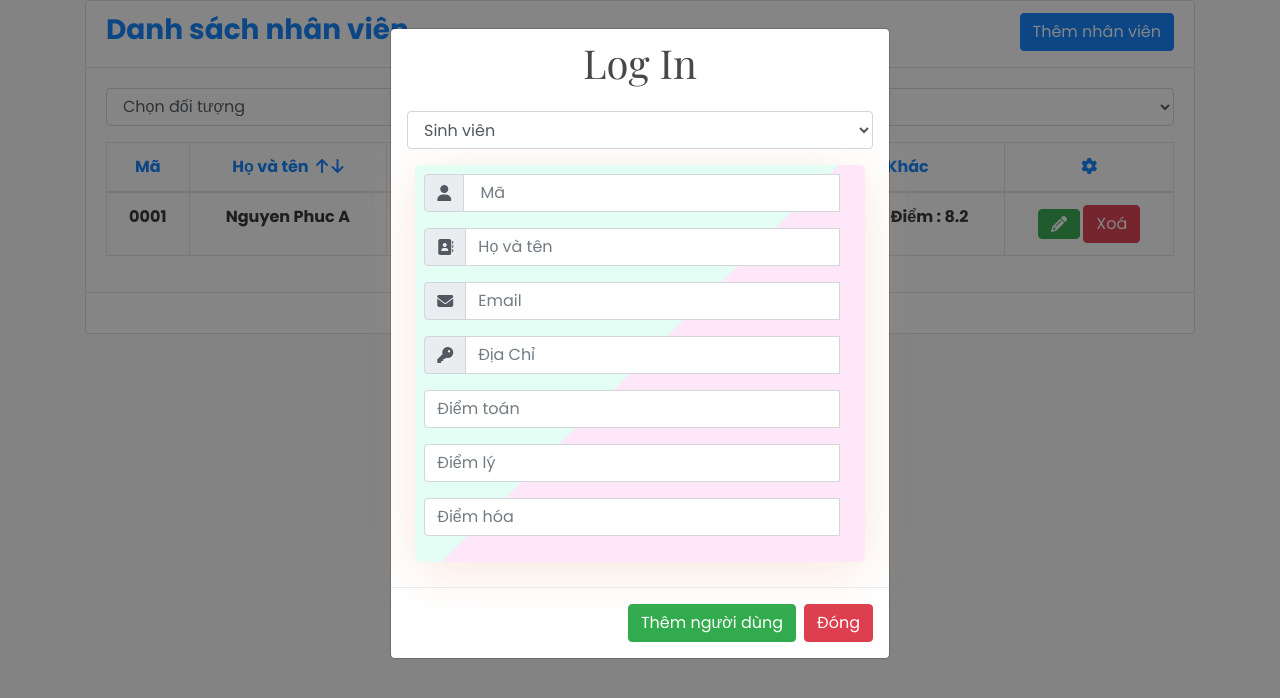
Repository: maitan0705/es6_oop
Page: index.html
These files come from the project's save history. The page is drawn as it stood at one moment and after the next save; the edit follows.
The browser window is 1280 px wide. The pictures show the whole page.
After loading, the first visible `#btnThem` was clicked once.
Some web fonts or font styles are not loaded; a fallback is used.

Above is the page before, as saved 2023-04-13 07:43:19.

### index.html
<!DOCTYPE html>
<html lang="en">

<head>
	<meta charset="UTF-8">
	<meta name="viewport" content="width=device-width, initial-scale=1.0">
	<title>Quản lý nhân viên</title>

	<!-- Font Awesome -->
	<link rel="stylesheet" href="https://cdnjs.cloudflare.com/ajax/libs/font-awesome/4.7.0/css/font-awesome.min.css">

	<!-- Bootstrap 4 -->
	<link rel="stylesheet" href="css/bootstrap.min.css">

	<!-- JQuery UI -->
	<link rel="stylesheet" href="css/jquery-ui.min.css">

	<!-- Animate -->
	<!-- font awsome -->
	<link rel="stylesheet" href="https://cdnjs.cloudflare.com/ajax/libs/font-awesome/6.4.0/css/all.min.css"
		integrity="sha512-iecdLmaskl7CVkqkXNQ/ZH/XLlvWZOJyj7Yy7tcenmpD1ypASozpmT/E0iPtmFIB46ZmdtAc9eNBvH0H/ZpiBw=="
		crossorigin="anonymous" referrerpolicy="no-referrer" />
	<!-- <link rel="stylesheet" href="css/animate.css"> -->

	<!-- My CSS -->
	<link rel="stylesheet" href="css/modal.css">

	<link rel="stylesheet" href="css/style4.css">

	<link rel="stylesheet" type="text/css" href="css/main.css">
</head>

<body>

	<div class="container">
		<div class="card text-center">
			<!-- Header -->
			<div class="card-header myCardHeader">
				<div class="row">
					<div class="col-md-6">
						<h3 class="text-left text-primary font-weight-bold">Danh sách nhân viên</h3>
					</div>
					<div class="col-md-6 text-right">
						<button type="submit" class="btn btn-primary" id="btnThem" data-toggle="modal" data-target="#myModal">Thêm
							nhân viên</button>
					</div>
				</div>
			</div>

			<!-- Body -->
			<div class="card-body">
				<div class="row mb-3">
					<div class="col">
						<div class="input-group">
							<select class="form-control" id="findUser">
								<option value="">Chọn đối tượng</option>
								<option value="student">Sinh viên</option>
								<option value="employee">Nhân viên</option>
								<option value="customer">Khách hàng</option>
							</select>
						</div>
					</div>
				</div>
				<table class="table table-bordered table-hover myTable">
					<thead class="text-primary">
						<tr>
							<th>Mã</th>
							<th class="nowrap">
								<span class="mr-1">Họ và tên</span>
								<i class="fa fa-arrow-up" id="tang"></i>
								<i class="fa fa-arrow-down" id="giam"></i>
							</th>
							<th>Email</th>
							<th>Địa Chỉ</th>
							<th>Khác</th>
							<th><em class="fa fa-cog"></em></th>
						</tr>
					</thead>
					<tbody id="tableDanhSach">

					</tbody>
				</table>
			</div>

			<!-- Footer -->
			<div class="card-footer myCardFooter">
				<nav>
					<ul class="pagination justify-content-center" id="ulPhanTrang">

					</ul>
				</nav>
			</div>
		</div>
	</div>

	</div>
	</div>


	<!-- The Modal -->
	<div class="modal fade" id="myModal">
		<div class="modal-dialog">
			<div class="modal-content">

				<header class="head-form mb-0">
					<h2 id="header-title">Log In</h2>
				</header>

				<!-- Modal Header -->
				<!-- 	<div class="modal-header">
					<h4 class="modal-title" id="modal-title">Modal Heading</h4>
					<button type="button" class="close" data-dismiss="modal">&times;</button>
				</div> -->

				<!-- Modal body -->
				<div class="modal-body">
					<div class="form-group">
						<div class="input-group">
							<select class="form-control" id="doiTuong">
								<option value="student">Sinh viên</option>
								<option value="employee">Nhân viên</option>
								<option value="customer">Khách hàng</option>
							</select>
						</div>
					</div>

					<form role="form" id="myForm">
						<div class="form-group">
							<div class="input-group">
								<div class="input-group-prepend">
									<span class="input-group-text"><i class="fa fa-user"></i></span>
								</div>
								<input type="text" id="ma" class="form-control input-sm" placeholder=" Mã">
								<span class="text-success m-auto px-2" id="error-tbMa"></span>
							</div>
							<span class="sp-thongbao" id="tbMa"></span>
						</div>

						<div class="form-group">
							<div class="input-group">
								<div class="input-group-prepend">
									<span class="input-group-text"><i class="fa fa-address-book"></i></span>
								</div>
								<input type="text" id="hoTen" class="form-control input-sm" placeholder="Họ và tên">
								<span class="text-success m-auto px-2" id="error-tbTen"></span>
							</div>
							<span class="sp-thongbao" id="tbTen"></span>
						</div>

						<div class="form-group">
							<div class="input-group ">
								<div class="input-group-prepend">
									<span class="input-group-text"><i class="fa fa-envelope"></i></span>
								</div>
								<input type="email" id="email" class="form-control input-sm" placeholder="Email">
								<span class="text-success m-auto px-2" id="error-tbEmail"></span>
							</div>
							<span class="sp-thongbao" id="tbEmail"></span>
						</div>

						<div class="form-group">
							<div class="input-group">
								<div class="input-group-prepend">
									<span class="input-group-text"><i class="fa fa-key"></i></span>
								</div>
								<input type="text" id="diaChi" class="form-control input-sm" placeholder="Địa Chỉ">
								<span class="text-success m-auto px-2" id="error-tbDiaChi"></span>
							</div>
							<span class="sp-thongbao" id="tbDiaChi"></span>
						</div>
						<div id="bodyfrom"></div>

					</form>
				</div>

				<!-- Modal footer -->
				<div class="modal-footer" id="modal-footer">
					<button id="btnThemNV" type="button" class="btn btn-success">Thêm người dùng</button>
					<button id="btnCapNhat" type="button" class="btn btn-success">Cập nhật</button>
					<button id="btnDong" type="button" class="btn btn-danger" data-dismiss="modal">Đóng</button>
				</div>

			</div>
		</div>
	</div>

	<!-- Bootstrap -->
	<script src="js/jquery.min.js"></script>
	<script type="text/javascript" src="js/jquery.easing.min.js"></script>
	<script type="text/javascript" src="js/popper.min.js"></script>
	<script type="text/javascript" src="js/bootstrap.min.js"></script>

	<!-- Date Picker -->
	<!-- <script src="js/jquery-ui.min.js"></script> -->
	<script src="./js/jquery-ui.js"></script>
	<script src="js/datepicker.js"></script>

	<!-- Wow -->
	<!-- <script src="js/wow.min.js"></script>
	<script>
		new WOW().init();
	</script>  -->

	<!-- <script src="js/modal.js"></script> -->


	<script type="text/javascript">
		$(document).ready(function () {
			$('#sidebarCollapse').on('click', function () {
				$('#sidebar').toggleClass('active');
			});
		});
	</script>
	<!-- <script src="./util/validation.js"></script> -->

	<!-- <script src="./util/nhanVien.js"></script> -->
	<script type="module" src="./controllers/index.js"></script>
</body>

</html>

### css/modal.css
/* Fonts Form Google Font ::- https://fonts.google.com/  -:: */
@import url('https://fonts.googleapis.com/css?family=Abel|Abril+Fatface|Alegreya|Arima+Madurai|Dancing+Script|Dosis|Merriweather|Oleo+Script|Overlock|PT+Serif|Pacifico|Playball|Playfair+Display|Share|Unica+One|Vibur');
/* End Fonts */
/* Start Global rules */
* {
    padding: 0;
    margin: 0;
    box-sizing: border-box;
}
/* End Global rules */

/* Start body rules */
body {
    background-image: linear-gradient(-225deg, #E3FDF5 0%, #FFE6FA 100%);
background-image: linear-gradient(to top, #a8edea 0%, #fed6e3 100%);
background-attachment: fixed;
  background-repeat: no-repeat;

    font-family: 'Vibur', cursive;
/*   the main font */
    font-family: 'Abel', sans-serif;
opacity: .95;
/* background-image: linear-gradient(to top, #d9afd9 0%, #97d9e1 100%); */
}



/* |||||||||||||||||||||||||||||||||||||||||||||*/
/* //////////////////////////////////////////// */




/* End body rules */

/* Start form  attributes */
form {
    width: 450px;
    /*min-height: 500px;*/
    height: auto;
    border-radius: 5px;
    margin: 2% auto;
    box-shadow: 0 9px 50px hsla(20, 67%, 75%, 0.31);
    padding: 2%;
    background-image: linear-gradient(-225deg, #E3FDF5 50%, #FFE6FA 50%);
}
/* form Container */
form .con {
    display: -webkit-flex;
    display: flex;

    -webkit-justify-content: space-around;
    justify-content: space-around;

    -webkit-flex-wrap: wrap;
    flex-wrap: wrap;

      margin: 0 auto;
}

/* the header form form */
header {
    margin: 2% auto 10% auto;
    text-align: center;
}
/* Login title form form */
header h2 {
    font-size: 250%;
    font-family: 'Playfair Display', serif;
    color: #3e403f;
}
/*  A welcome message or an explanation of the login form */
header p {letter-spacing: 0.05em;}



/* //////////////////////////////////////////// */
/* //////////////////////////////////////////// */


.input-item {
    background: #fff;
    color: #333;
    padding: 14.5px 0px 15px 9px;
    border-radius: 5px 0px 0px 5px;
}



/* Show/hide password Font Icon */
#eye {
    background: #fff;
    color: #333;

    margin: 5.9px 0 0 0;
    margin-left: -20px;
    padding: 15px 9px 19px 0px;
    border-radius: 0px 5px 5px 0px;

    float: right;
    position: relative;
    right: 1%;
    top: -.2%;
    z-index: 5;

    cursor: pointer;
}
/* inputs form  */
input[class="form-input"]{
    width: 240px;
    height: 50px;

    margin-top: 2%;
    padding: 15px;

    font-size: 16px;
    font-family: 'Abel', sans-serif;
    color: #5E6472;

    outline: none;
    border: none;

    border-radius: 0px 5px 5px 0px;
    transition: 0.2s linear;

}
input[id="txt-input"] {width: 250px;}
/* focus  */
input:focus {
    transform: translateX(-2px);
    border-radius: 5px;
}

/* //////////////////////////////////////////// */
/* //////////////////////////////////////////// */

/* input[type="text"] {min-width: 250px;} */
/* buttons  */

/* Submits */
.submits {
    width: 48%;
    display: inline-block;
    float: left;
    margin-left: 2%;
}

/*       Forgot Password button FAF3DD  */
.frgt-pass {background: transparent;}

/*     Sign Up button  */
.sign-up {background: #B8F2E6;}


/* buttons hover */
button:hover {
    transform: translatey(3px);
    box-shadow: none;
}

/* buttons hover Animation */
button:hover {
    animation: ani9 0.4s ease-in-out infinite alternate;
}
@keyframes ani9 {
    0% {
        transform: translateY(3px);
    }
    100% {
        transform: translateY(5px);
    }
}

### css/style4.css
/*
    DEMO STYLE
*/
@import "https://fonts.googleapis.com/css?family=Poppins:300,400,500,600,700";


body {
    font-family: 'Poppins', sans-serif;
    background: #fafafa;
}

p {
    font-family: 'Poppins', sans-serif;
    font-size: 1.1em;
    font-weight: 300;
    line-height: 1.7em;
    color: #999;
}

a, a:hover, a:focus {
    color: inherit;
    text-decoration: none;
    transition: all 0.3s;
}

.navbar {
    padding: 15px 10px;
    background: #fff;
    border: none;
    border-radius: 0;
    margin-bottom: 40px;
    box-shadow: 1px 1px 3px rgba(0, 0, 0, 0.1);
}

.navbar-btn {
    box-shadow: none;
    outline: none !important;
    border: none;
}

.line {
    width: 100%;
    height: 1px;
    border-bottom: 1px dashed #ddd;
    margin: 40px 0;
}

i, span {
    display: inline-block;
}

/* ---------------------------------------------------
    SIDEBAR STYLE
----------------------------------------------------- */
.wrapper {
    display: flex;
    align-items: stretch;
}

#sidebar {
    min-width: 250px;
    max-width: 250px;
    background: #7386D5;
    color: #fff;
    transition: all 0.3s;
}

#sidebar.active {
    min-width: 80px;
    max-width: 80px;
    text-align: center;
}

#sidebar.active .sidebar-header h3, #sidebar.active .CTAs {
    display: none;
}

#sidebar.active .sidebar-header strong {
    display: block;
}

#sidebar ul li a {
    text-align: left;
}

#sidebar.active ul li a {
    padding: 20px 10px;
    text-align: center;
    font-size: 0.85em;
}

#sidebar.active ul li a i {
    margin-right:  0;
    display: block;
    font-size: 1.8em;
    margin-bottom: 5px;
}

#sidebar.active ul ul a {
    padding: 10px !important;
}

#sidebar.active a[aria-expanded="false"]::before, #sidebar.active a[aria-expanded="true"]::before {
    top: auto;
    bottom: 5px;
    right: 50%;
    -webkit-transform: translateX(50%);
    -ms-transform: translateX(50%);
    transform: translateX(50%);
}

#sidebar .sidebar-header {
    padding: 20px;
    background: #6d7fcc;
}

#sidebar .sidebar-header strong {
    display: none;
    font-size: 1.8em;
}

#sidebar ul.components {
    padding: 20px 0;
    border-bottom: 1px solid #47748b;
}

#sidebar ul li a {
    padding: 10px;
    font-size: 1.1em;
    display: block;
}
#sidebar ul li a:hover {
    color: #7386D5;
    background: #fff;
}
#sidebar ul li a i {
    margin-right: 10px;
}

#sidebar ul li.active > a, a[aria-expanded="true"] {
    color: #fff;
    background: #6d7fcc;
}


a[data-toggle="collapse"] {
    position: relative;
}

a[aria-expanded="false"]::before, a[aria-expanded="true"]::before {
    content: '\e259';
    display: block;
    position: absolute;
    right: 20px;
    font-family: 'Glyphicons Halflings';
    font-size: 0.6em;
}
a[aria-expanded="true"]::before {
    content: '\e260';
}


ul ul a {
    font-size: 0.9em !important;
    padding-left: 30px !important;
    background: #6d7fcc;
}

ul.CTAs {
    padding: 20px;
}

ul.CTAs a {
    text-align: center;
    font-size: 0.9em !important;
    display: block;
    border-radius: 5px;
    margin-bottom: 5px;
}

a.download {
    background: #fff;
    color: #7386D5;
}

a.article, a.article:hover {
    background: #6d7fcc !important;
    color: #fff !important;
}



/* ---------------------------------------------------
    CONTENT STYLE
----------------------------------------------------- */
#content {
    padding: 20px;
    min-height: 100vh;
    transition: all 0.3s;
}


/* ---------------------------------------------------
    MEDIAQUERIES
----------------------------------------------------- */
@media (max-width: 768px) {
    #sidebar {
        min-width: 80px;
        max-width: 80px;
        text-align: center;
        margin-left: -80px !important ;
    }
    a[aria-expanded="false"]::before, a[aria-expanded="true"]::before {
        top: auto;
        bottom: 5px;
        right: 50%;
        -webkit-transform: translateX(50%);
        -ms-transform: translateX(50%);
        transform: translateX(50%);
    }
    #sidebar.active {
        margin-left: 0 !important;
    }

    #sidebar .sidebar-header h3, #sidebar .CTAs {
        display: none;
    }

    #sidebar .sidebar-header strong {
        display: block;
    }

    #sidebar ul li a {
        padding: 20px 10px;
    }

    #sidebar ul li a span {
        font-size: 0.85em;
    }
    #sidebar ul li a i {
        margin-right:  0;
        display: block;
    }

    #sidebar ul ul a {
        padding: 10px !important;
    }

    #sidebar ul li a i {
        font-size: 1.3em;
    }
    #sidebar {
        margin-left: 0;
    }
    #sidebarCollapse span {
        display: none;
    }
}
.sp-thongbao{
    font-size: 14px;
    display: block !important;
}

### controllers/index.js
import { Student, Employee, Customer } from "../models/Person.js";
import { ListPerson } from "../models/ListPerson.js";
import { renderForm } from "../util/render.js";
import { Validation } from "../models/validation.js";
let listPerson = new ListPerson();

document.querySelector("#btnThem").addEventListener("click", () => {
  renderForm();
});

document.querySelector("#doiTuong").addEventListener("change", (e) => {
  let personUser = e.target.value;
  switch (personUser) {
    case "student":
      renderForm(personUser);
      break;
    case "employee":
      renderForm(personUser);
      break;
    default:
      renderForm(personUser);
  }
});
const student1 = new Student(
  "0001",
  "Nguyen Phuc A",
  "HCM",
  "nguyenphuc@gmail.com",
  "8",
  "7",
  "9.5"
);
listPerson.themDoiTuong(student1);
listPerson.get();
listPerson.renderTable("#tableDanhSach");



document.querySelector("#btnThemNV").onclick = () => {
  let personUser = document.querySelector("#doiTuong").value;
  switch (personUser) {
    case "student":
      {
        let student = new Student();
        let arrinput = document.querySelectorAll(".input-group input");
        for (let input of arrinput) {
          let { id, value } = input;
          student[id] = value;
        }
        listPerson.themDoiTuong(student);
        listPerson.renderTable("#tableDanhSach");
        listPerson.save();
      }
      break;
    case "employee":
      {
        let employee = new Employee();
        let arrinput = document.querySelectorAll(".input-group input");
        for (let input of arrinput) {
          let { id, value } = input;
          employee[id] = value;
        }
        listPerson.themDoiTuong(employee);
        listPerson.renderTable("#tableDanhSach");
        listPerson.save();
      }
      break;
    case "customer":
      {
        let arrinput = document.querySelectorAll(".input-group input");
        let customer = new Customer();
        for (let input of arrinput) {
          let { id, value } = input;
          customer[id] = value;
        }
        listPerson.themDoiTuong(customer);
        listPerson.renderTable("#tableDanhSach");
        listPerson.save();
      }
      break;
  }
};
window.xoaDoiTuong = function (ma) {
  listPerson.deleteDT(ma);
  listPerson.renderTable("#tableDanhSach");
  listPerson.save();
};
window.suaDoiTuong = (ma) => {
  document.querySelector('#ma').disabled = 'true';
  document.querySelector("#doiTuong").disabled = 'true'
  document.querySelector("#btnThemNV").style.display = "none";
  document.querySelector("#btnCapNhat").style.display = "inline";

  let info = listPerson.layThongtin(ma);
  switch (info.class) {
    case "student":
      renderForm(info.class);
      document.querySelector("#doiTuong").value = info.class;
      break;
    case "employee":
      renderForm(info.class);
      document.querySelector("#doiTuong").value = info.class;
      break;
    default:
      renderForm(info.class);
      document.querySelector("#doiTuong").value = info.class;
  }
  if (info) {
    let arrinput = document.querySelectorAll(".input-group input");
    for (let input of arrinput) {
      let { id } = input;
      input.value = info[id];
    }
  }

};
document.querySelector("#btnThem").onclick = () => {
  document.querySelector('#myForm').reset();

  document.querySelector("#btnCapNhat").style.display = "none";
  document.querySelector("#btnThemNV").style.display = "inline";
  renderForm()
};

document.querySelector('#btnCapNhat').onclick = () => {
    let personUser = document.querySelector("#doiTuong").value;
    switch (personUser) {
      case "student":
        {
          let student = new Student();
          let arrinput = document.querySelectorAll(".input-group input");
          for (let input of arrinput) {
            let { id, value } = input;
            student[id] = value;
          }
          listPerson.update(student);
          listPerson.renderTable("#tableDanhSach");
          listPerson.save();
        }
        break;
      case "employee":
        {
          let employee = new Employee();
          let arrinput = document.querySelectorAll(".input-group input");
          for (let input of arrinput) {
            let { id, value } = input;
            employee[id] = value;
          }
          listPerson.update(employee);
          listPerson.renderTable("#tableDanhSach");
          listPerson.save();
        }
        break;
      case "customer":
        {
          let arrinput = document.querySelectorAll(".input-group input");
          let customer = new Customer();
          for (let input of arrinput) {
            let { id, value } = input;
            customer[id] = value;
          }
          listPerson.update(customer);
          listPerson.renderTable("#tableDanhSach");
          listPerson.save();
        }
        break;
    }
    document.querySelector('#myForm').reset();

};
document.querySelector('#tang').addEventListener('click', () => {
  console.log('click');
  listPerson.sortName(listPerson.danhSach,1);
  listPerson.renderTable('#tableDanhSach');
  listPerson.save();
});
document.querySelector('#giam').addEventListener('click', () => {
    listPerson.sortName(listPerson.danhSach, -1);
    listPerson.renderTable('#tableDanhSach');
    listPerson.save();
});

document.querySelector('#findUser').addEventListener('change', (e) => {
  let user = e.target.value;
  let filterList =listPerson.filterUser(user);
  listPerson.renderTableUser('#tableDanhSach',filterList);
});

### models/Person.js
export class Person {
    constructor(ma, hoTen, diaChi, email) {
        this.ma = ma;
        this.hoTen = hoTen;
        this.diaChi = diaChi;
        this.email = email;
    }
}

export class Student extends Person {
    constructor(ma, hoTen, diaChi, email, toan, ly, hoa) {
        super(ma, hoTen, diaChi, email);
        this.toan =toan;
        this.ly =ly;
        this.hoa =hoa;
        this.class = 'student'
    }
    tinhDiemTrungBinh() {
        const diemTrungBinh = (Number(this.toan) + Number(this.ly) + Number(this.hoa)) / 3;
        return diemTrungBinh.toFixed(1)
    }


}

export class Employee extends Person {
    constructor(ma, hoTen, diaChi, email, ngayLam, luong) {
        super(ma, hoTen, diaChi, email);
        this.ngayLam = +ngayLam;
        this.luong = +luong;
        this.class = 'employee'
    }

    tinhLuong() {
        return this.ngayLam * this.luong;
    }


}

export class Customer extends Person {
    constructor(ma, hoTen, diaChi, email, tenCongTy, hoaDon, danhGia) {
        super(ma, hoTen, diaChi, email);
        this.tenCongTy = tenCongTy;
        this.hoaDon = +hoaDon;
        this.danhGia = danhGia;
        this.class = 'customer'
    }


}

### util/render.js
  export let renderForm= (doiTuong = "student")=>{
    let htmlString;
    switch (doiTuong) {
      case "student":
        htmlString = `
      <div class="form-group">
        <div class="input-group">

          <input type="number" name="toan" id="toan" class="form-control input-sm" placeholder="Điểm toán">
          <span class="text-success m-auto px-2" id="error-tbtoan"></span>
        </div>
        <span class="sp-thongbao" id="tbtoan"></span>
      </div>
      <div class="form-group">
        <div class="input-group">

          <input type="number" name="ly" id="ly" class="form-control input-sm" placeholder="Điểm lý">
          <span class="text-success m-auto px-2" id="error-tbly"></span>
        </div>
        <span class="sp-thongbao" id="tbly"></span>
      </div>
      <div class="form-group">
        <div class="input-group">

          <input type="number" name="hoa" id="hoa" class="form-control input-sm" placeholder="Điểm hóa">
          <span class="text-success m-auto px-2" id="error-tbhoa"></span>
        </div>
        <span class="sp-thongbao" id="tbhoa"></span>
      </div>
      `;
        break;

      case "employee":
        htmlString = `
          <div class="form-group">
            <div class="input-group">
              <input type="text" id="luong" class="form-control input-sm" placeholder="Lương theo ngày">
              <span class="text-success m-auto px-2" id="error-tbluong"></span>
            </div>
              <span class="sp-thongbao" id="tbluong"></span>
          </div>
          <div class="form-group">
            <div class="input-group">
            <input type="text" id="ngayLam" class="form-control input-sm" placeholder="Ngày làm ">
              <span class="text-success m-auto px-2" id="error-tbGioLam"></span>
            </div>
            <span class="sp-thongbao" id="tbGioLam"></span>
          </div>`;
        break;

      case "customer":
        htmlString =`<div class="form-group">
        <div class="input-group">
        <input type="text" id="tenCongTy" class="form-control input-sm" placeholder="Tên Công ty">
        <span class="text-success m-auto px-2" id="error-tbGioLam"></span>
      </div>
        </div>
        <span class="sp-thongbao" id="tbTenCongTy"></span>
    </div>

    <div class="form-group">
        <div class="input-group">
        <input type="text"  id="hoaDon" class="form-control input-sm" placeholder="Trị giá hóa đơn">
        <span class="text-success m-auto px-2" id="error-tbGioLam"></span>
      </div>
        </div>
        <span class="sp-thongbao" id="tbHoaDon"></span>
    </div>

    <div class="form-group">
        <div class="input-group">
        <input type="text"  id="danhGia" class="form-control input-sm" placeholder="Đánh giá">
        <span class="text-success m-auto px-2" id="error-tbGioLam"></span>
      </div>
        </div>
        <span class="sp-thongbao" id="tbDanhGia"></span>
    </div>
    `;
        break;
    }
    document.querySelector("#bodyfrom").innerHTML = htmlString;
  }

Loaded but not shown: css/bootstrap.min.css (library); css/jquery-ui.min.css (library); css/main.css (common file); js/jquery.min.js (library); js/jquery.easing.min.js (common file); js/popper.min.js (library); js/bootstrap.min.js (library); js/jquery-ui.js (library); js/datepicker.js (common file); models/validation.js (122 lines, source omitted); models/ListPerson.js (140 lines, source omitted)

After the next save:
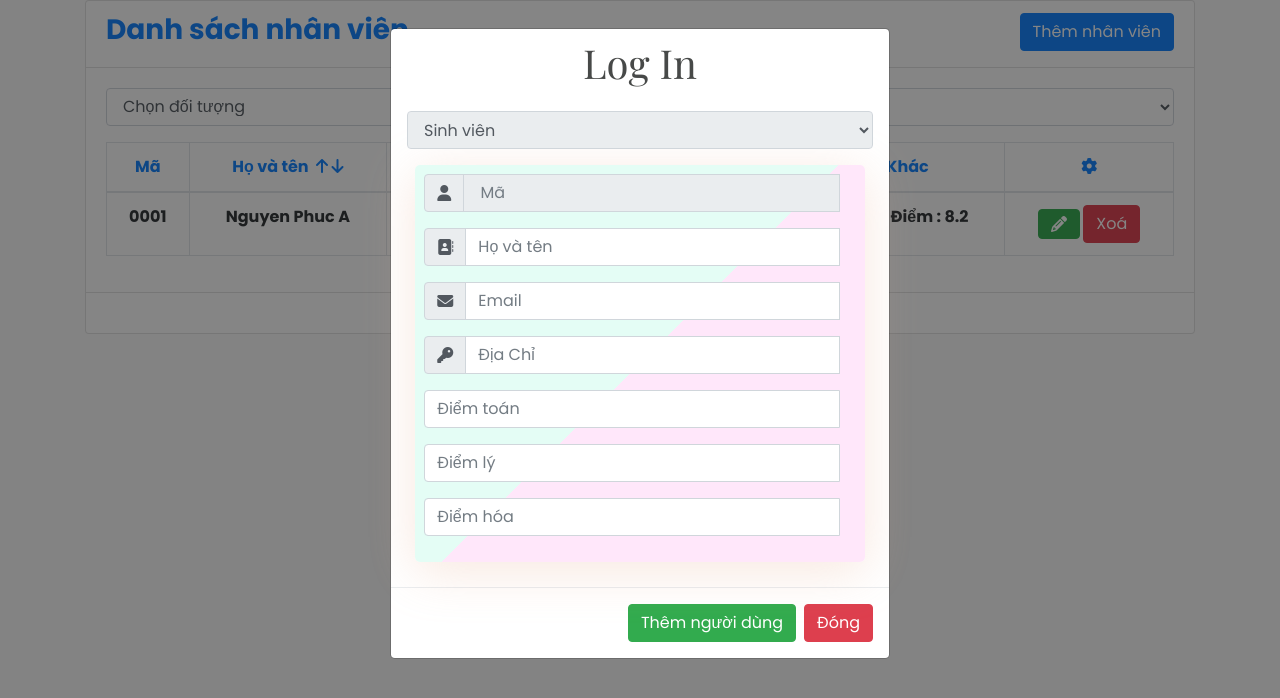
Saved 21 s later.
--- a/controllers/index.js
+++ b/controllers/index.js
@@ -116,7 +116,8 @@ window.suaDoiTuong = (ma) => {
 };
 document.querySelector("#btnThem").onclick = () => {
   document.querySelector('#myForm').reset();
-
+  document.querySelector('#ma').disabled = 'true';
+  document.querySelector("#doiTuong").disabled = 'true'
   document.querySelector("#btnCapNhat").style.display = "none";
   document.querySelector("#btnThemNV").style.display = "inline";
   renderForm()
